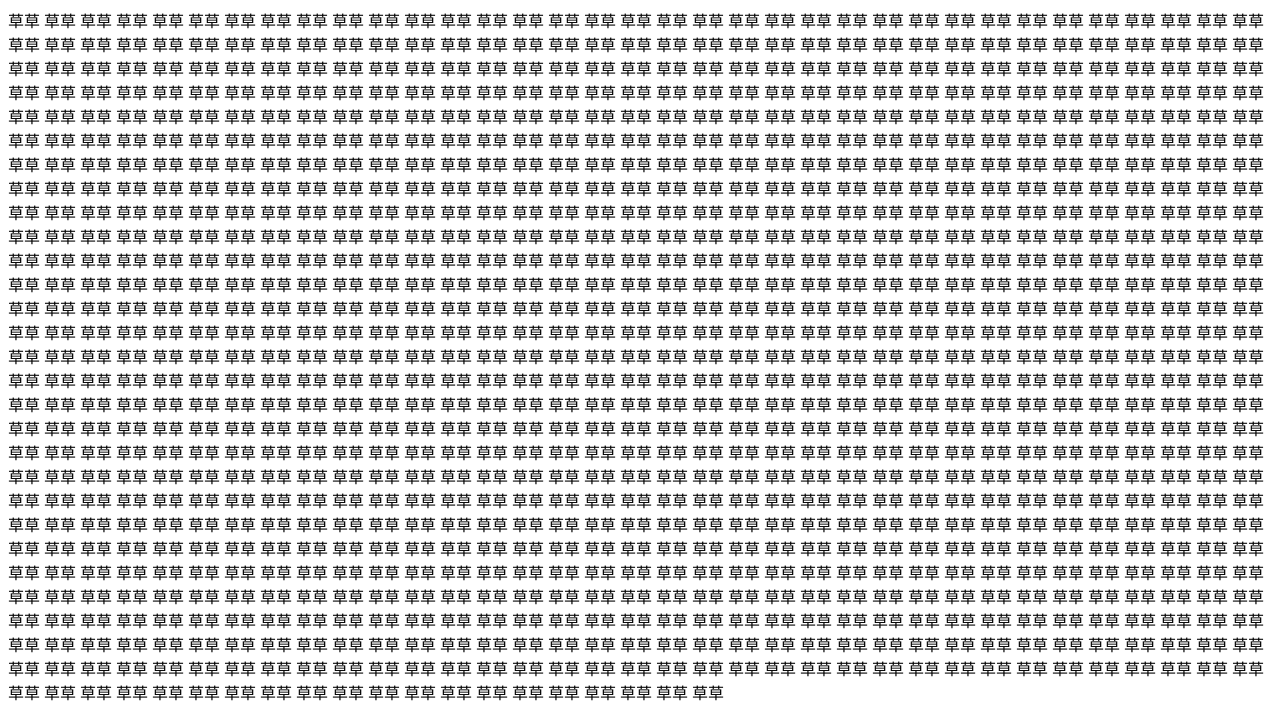
Repository: sgnq008-tech/JSP
Page: http://localhost/WebProject/directive/bufferEx.jsp
An editor plug-in stored every save of this project. The page is shown before and after the next save, followed by the edit.
The browser window is 1280 px wide. The pictures show the whole page.
The page is served by Tomcat 9. Other server files are loaded and not shown.

Above is the page before, as saved 2026-09-10 03:31:40.

### jsp_workspace/WebProject/src/main/webapp/directive/bufferEx.jsp
<%@ page language="java" contentType="text/html; charset=UTF-8"
    pageEncoding="UTF-8" %>
<%@ page buffer = "1kb" autoFlush="true" %>
<!DOCTYPE html>
<html>
<head>
<meta charset="UTF-8">
<title></title>
</head>
<body>
<% for(int i = 0; i <1000; i++){ %>
草草
<%} %>

</body>
</html>

After the next save:
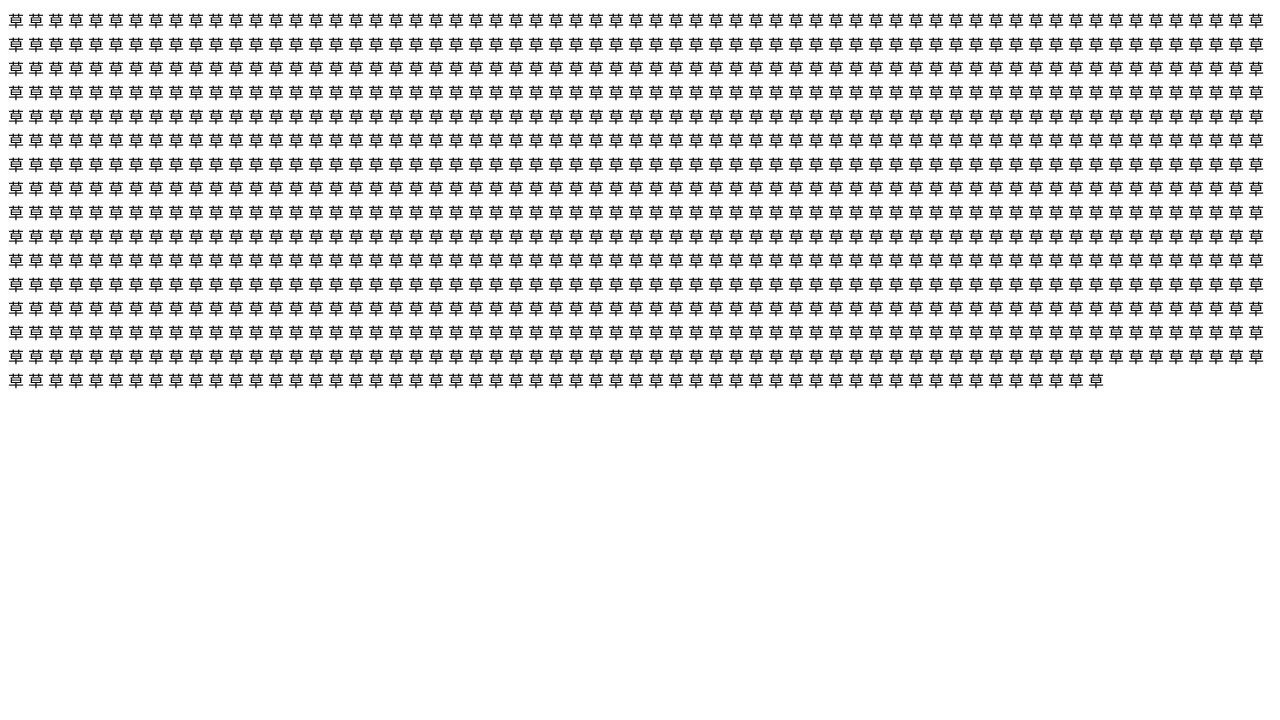
Saved 19 s later.
--- a/jsp_workspace/WebProject/src/main/webapp/directive/bufferEx.jsp
+++ b/jsp_workspace/WebProject/src/main/webapp/directive/bufferEx.jsp
@@ -9,7 +9,7 @@
 </head>
 <body>
 <% for(int i = 0; i <1000; i++){ %>
-草草
+草
 <%} %>
 
 </body>
